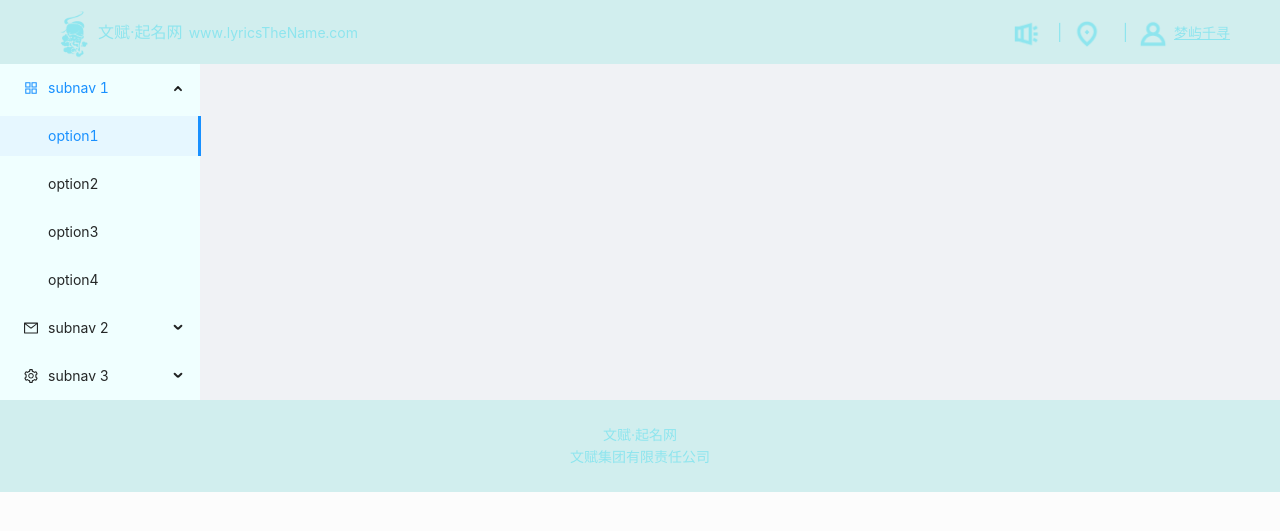
Repository: fangxueliang/react-redux-
Page: /
These files come from the project's save history. The page is drawn as it stood at one moment and after the next save; the edit follows.
The browser window is 1280 px wide. The pictures show the whole page.
The project was rebuilt for these pictures with package versions that can differ from the ones it lists, and the page was loaded fresh each time.

Above is the page before, as saved 2020-12-30 11:54:18.

### public/index.html
<!DOCTYPE html>
<html lang="en">
  <head>
    <meta charset="utf-8" />
    <meta name="theme-color" content="#000000" />
    <meta name="description" content="Web site created using create-react-app" />
    <title>React App</title>
  </head>
  <body>
    <div id="root"></div>
  </body>
</html>

### src/index.js
// 主入口文件
//主入口
import React from 'react';//引入react
import ReactDOM from 'react-dom';
import { Main } from './Pages';//引入Main文件

import 'antd/dist/antd.css'//antd样式
import './Common/CSS/layout.css'//布局样式
import './Common/CSS/common.css'

ReactDOM.render(
  <div className="main">
    <Main />
  </div>,
  document.getElementById('root')
);

### src/Pages/index.js
import React from 'react';
import { Layout } from 'antd'
import { MenuSider } from "./Menu/menu";
import { HeaderCommon } from "./Header/header";
import { FooterCommon } from "./Footer/footer";

const { Header, Footer, Content, Sider } = Layout
export const Main = () => {
    return (
        <Layout>
            <div className="Home_layout">
                {/* 头部header */}
                <div style={{ width: '100%', height: '20%' }}>
                    <Header> <HeaderCommon /> </Header>
                </div>
                <div style={{ width: '100%', height: '80%' }}>
                    <Layout>
                        {/* 左侧导航Sider */}
                        <Sider>
                            <MenuSider />
                        </Sider>
                        {/* 主要内容Content */}
                        <Content>  </Content>
                    </Layout>
                </div>

                {/* 底部footer */}
                <div style={{ width: '100%', height: '20%' }}> <Footer>
                    <FooterCommon />
                </Footer></div>

            </div>
        </Layout>
    );
}

### src/Common/CSS/layout.css
/* 布局样式  */
.Home_layout .ant-layout-header {
    background: #D1EEEE;
}

.Home_layout .ant-layout-footer {
    background: #D1EEEE;
}

.Home_layout .ant-layout-sider .ant-menu {
    background: #F0FFFF;
}

### src/Common/CSS/common.css
/* 公共样式 */
body {
    width: 100%;
    height: 100%;
    background: #FCFCFC;
}

.main {
    font-size: 16px;
}

### src/Pages/Menu/menu.js
// 左侧菜单
import React from 'react';
import { Menu } from 'antd';
import { AppstoreOutlined, MailOutlined, SettingOutlined } from '@ant-design/icons';

const { SubMenu } = Menu;

export const MenuSider = () => {


    return (
        <Menu
            mode="inline"
            defaultSelectedKeys={['1']}
            defaultOpenKeys={['sub1']}
            style={{ height: '100%', borderRight: 0 }}
        >
            <SubMenu key="sub1" icon={<AppstoreOutlined />} title="subnav 1">
                <Menu.Item key="1">option1</Menu.Item>
                <Menu.Item key="2">option2</Menu.Item>
                <Menu.Item key="3">option3</Menu.Item>
                <Menu.Item key="4">option4</Menu.Item>
            </SubMenu>
            <SubMenu key="sub2" icon={<MailOutlined />} title="subnav 2">
                <Menu.Item key="5">option5</Menu.Item>
                <Menu.Item key="6">option6</Menu.Item>
                <Menu.Item key="7">option7</Menu.Item>
                <Menu.Item key="8">option8</Menu.Item>
            </SubMenu>
            <SubMenu key="sub3" icon={<SettingOutlined />} title="subnav 3">
                <Menu.Item key="9">option9</Menu.Item>
                <Menu.Item key="10">option10</Menu.Item>
                <Menu.Item key="11">option11</Menu.Item>
                <Menu.Item key="12">option12</Menu.Item>
            </SubMenu>
        </Menu>
    )
}

### src/Pages/Header/header.js
// 头部
import React from 'react';
import logo from "../../Asset/img/logo.png";
import myImg from "../../Asset/img/我的.png";
import remindImg from "../../Asset/img/提醒.png";
import positioningImg from "../../Asset/img/定位.png";
import './header.css'

export const HeaderCommon = () => {
    return (
        <div className="header">
            <div className="header_item">
                <img src={logo} className="logo" alt="蓝龙" />
                <span className="logo_title">文赋·起名网</span>
                <a className="logo_URL" href="/">www.lyricsTheName.com</a>
            </div>
            <div className="header_item"></div>
            <div className="header_item header_item_right">
                <span>
                    <img src={remindImg} alt="我的" />
                </span>
                <span className="header_separated">|</span>
                <span>
                    <img src={positioningImg} alt="我的" />
                </span>
                <span className="header_separated"> |</span>
                <span>
                    <img src={myImg} alt="我的" />
                    <span className="header_myName">梦屿千寻</span>
                </span>
            </div>
        </div>
    )
}

### src/Pages/Footer/footer.js
// 头部
import React from 'react';
import './footer.css'

export const FooterCommon = () => {
    return (
        <div className="footer">
            <div>文赋·起名网</div>
            <div>文赋集团有限责任公司</div>
        </div>
    )
}

### src/Pages/Header/header.css
.header {
    display: flex;
    width: 100%;
    height: 100%;
    justify-content: space-between;
}

.header .header_item {
    display: inline-block;
}

.header .header_item .logo {
    width: 48px;
    height: 48px;
}

.header .header_item_right {
    color: #8ee5ee
}

.header .header_item_right img {
    width: 30px;
    height: 30px;
    margin-right: 6px;
}

.header .header_item_right .header_separated {
    margin: 0 10px
}

.header .logo_title {
    color: #8ee5ee
}

.header .logo_URL {
    margin-left: 6px;
    color: #8ee5ee;
    font-size: 14px;
}

.header .header_myName {
    font-size: 14px;
    text-decoration: underline;
}

### src/Pages/Footer/footer.css
.footer {
    text-align: center;
}

.footer div {
    color: #8ee5ee
}

After the next save:
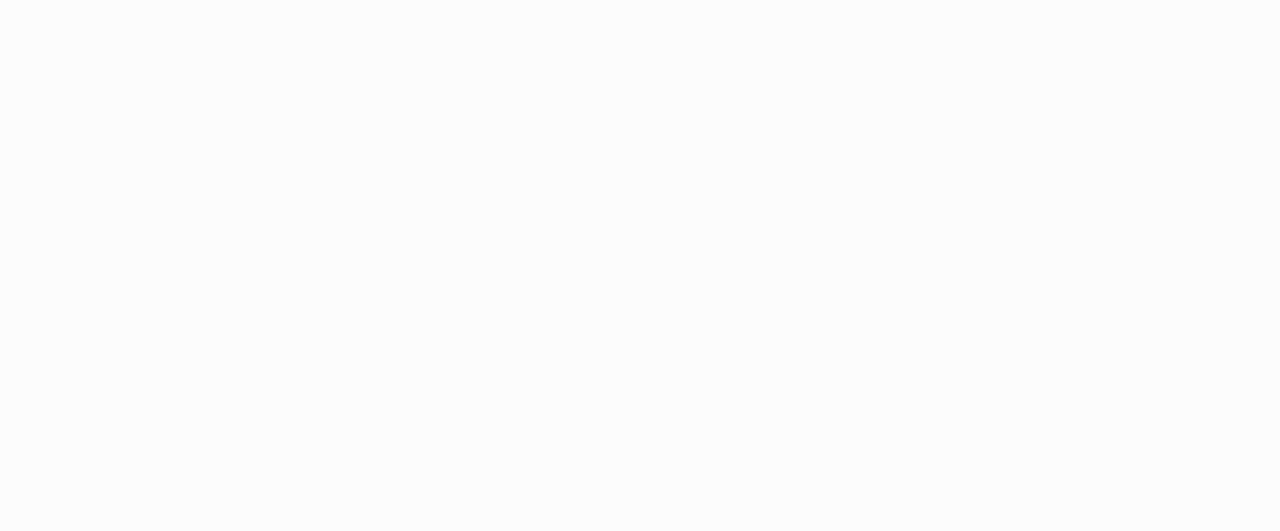
Saved 12 s later.
--- a/src/index.js
+++ b/src/index.js
@@ -10,7 +10,7 @@
 
 ReactDOM.render(
   <div className="main">
-    <Main />
+    {/* <Main /> */}
   </div>,
   document.getElementById('root')
 );

After the save that followed:
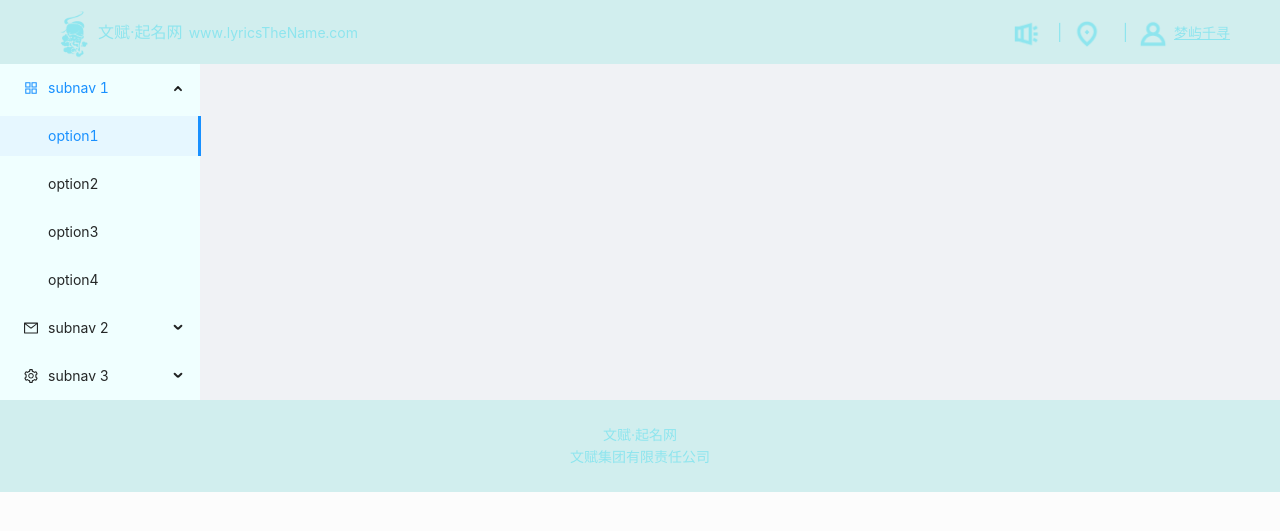
Saved 19 s later.
--- a/src/index.js
+++ b/src/index.js
@@ -10,7 +10,7 @@
 
 ReactDOM.render(
   <div className="main">
-    {/* <Main /> */}
+    <Main />
   </div>,
   document.getElementById('root')
 );
